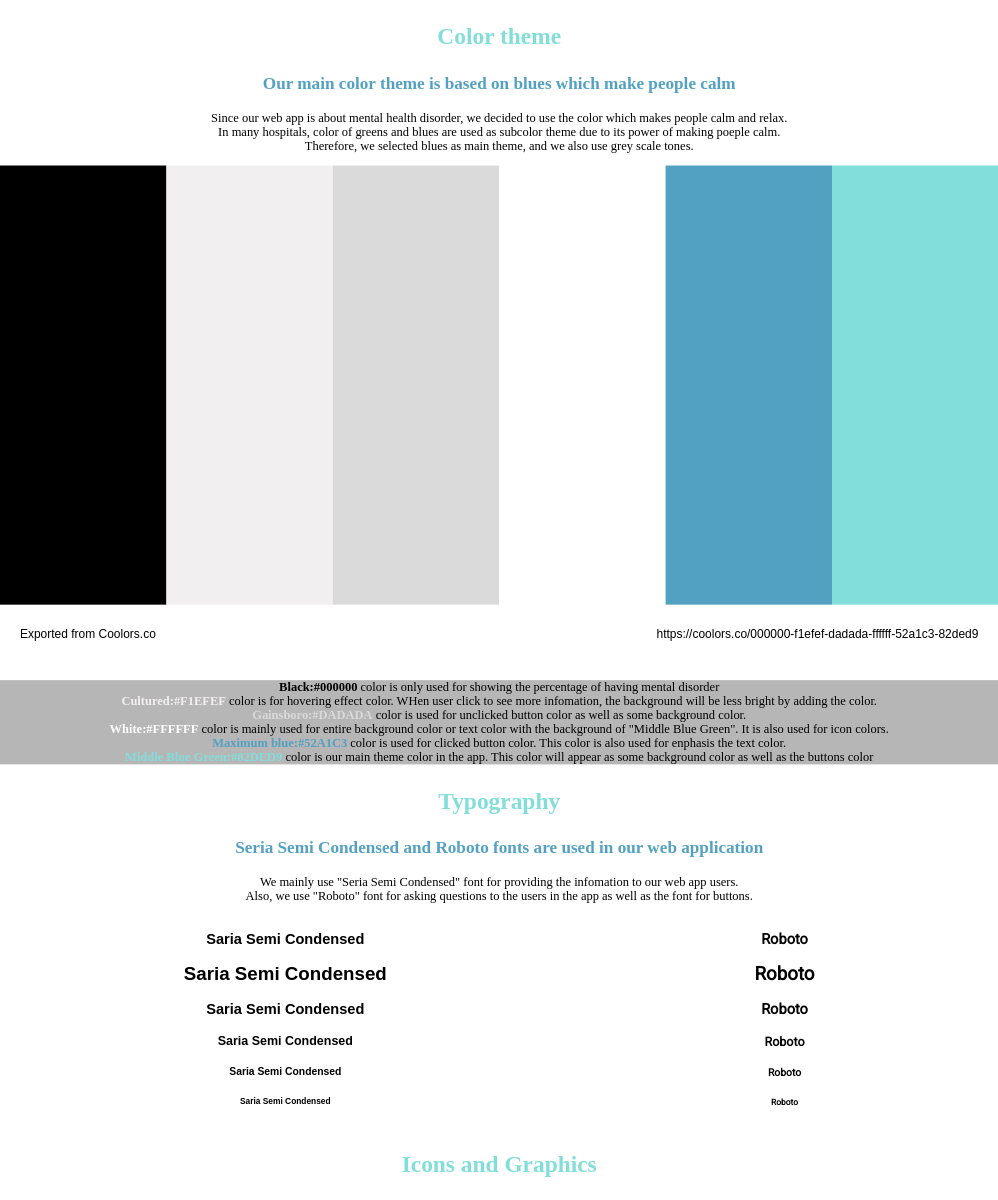
Repository: zzs1/style-guide
Page: style guide/Chisaki_styleGuide_part2/index.html
The author's editor kept a copy of each file at every save. The page is drawn from the files as they stood at one save, then again after a run of saves.
The browser window is 1280 px wide. The pictures show the whole page, at 78% of full size.
Some web fonts or font styles are not loaded; a fallback is used.

Above is the page before, as saved 2021-03-21 12:18:53.

### style guide/Chisaki_styleGuide_part2/index.html
<!DOCTYPE html>
<html lang="en">
<head>
  <meta charset="UTF-8">
  <meta name="viewport" content="width=device-width, initial-scale=1.0">
  <title>Style guide - Colour Palette & Typography, Imagery, Graphics -</title>
  <link href ="style.css" rel="stylesheet" />
  <link href="https://fonts.googleapis.com/css2?family=Saira+Semi+Condensed:wght@500&display=swap" rel="stylesheet">
  <link href="https://fonts.googleapis.com/css2?family=Roboto&display=swap" rel="stylesheet">
</head>
<body>
  <div id="main">
    <article>
      <!--Color theme section starts-->
      <section>
        <h1 class="title">Color theme</h1>
        <h3 class="subtitle">Our main color theme is based on blues which make people calm</h3>
        <p>
          Since our web app is about mental health disorder, we decided to use the color which makes people calm and relax.<br>
          In many hospitals, color of greens and blues are used as subcolor theme due to its power of making poeple calm.<br>
          Therefore, we selected blues as main theme, and we also use grey scale tones.
        </p>
        <div id="colorbox">
          <img src="palette.svg" alt="color pallette">
          <p style="background-color: rgb(183, 182, 182); ">
            <strong style="color:#000000;">Black:#000000</strong> color is only used for showing the percentage of having mental disorder<br>
            <strong style="color:#F1EFEF;">Cultured:#F1EFEF</strong> color is for hovering effect color. WHen user click to see more infomation, the background will be less bright by adding the color.<br>
            <strong style="color:#DADADA;">Gainsboro:#DADADA</strong> color is used for unclicked button color as well as some background color.<br>
            <strong style="color:#FFFFFF;">White:#FFFFFF</strong> color is mainly used for entire background color or text color with the background of "Middle Blue Green". It is also used for icon colors.<br>
            <strong style="color:#52A1C3;">Maximum blue:#52A1C3</strong> color is used for clicked button color. This color is also used for enphasis the text color.<br>
            <strong style="color:#82DED9;">Middle Blue Green:#82DED9</strong> color is our main theme color in the app. This color will appear as some background color as well as the buttons color<br>
          </p>
        </div>
      </section>

      <!--typography section starts-->
      <section id="typo">
        <h1 class="title">Typography</h1>
        <h3 class="subtitle">
          Seria Semi Condensed and Roboto fonts are used in our web application
        </h3>
        <p>
          We mainly use "Seria Semi Condensed" font for providing the infomation to our web app users.<br>
          Also, we use "Roboto" font for asking questions to the users in the app as well as the font for buttons.<br>
        </p>
        <div id="typobox">
          <div id="saria">
            <h1>Saria Semi Condensed</h1>
            <h2>Saria Semi Condensed</h2>
            <h3>Saria Semi Condensed</h3>
            <h4>Saria Semi Condensed</h4>
            <h5>Saria Semi Condensed</h5>
            <h6>Saria Semi Condensed</h6>
          </div>
          <div id="roboto">
            <h1>Roboto</h1>
            <h2>Roboto</h2>
            <h3>Roboto</h3>
            <h4>Roboto</h4>
            <h5>Roboto</h5>
            <h6>Roboto</h6>
          </div>
      </div>
      </section>

      <!--icon section starts-->
      <section>
        <h1 class="title">Icons and Graphics</h1>
        <h3 class="subtitle"></h3>
        <p></p>
        <div id="iconbox">

        </div>
        <div id="graphicbox">

        </div>
      </section>
  </article>
  </div>
</body>
</html>

### style guide/Chisaki_styleGuide_part2/style.css
body, html{
  margin:0;
  text-align:center;
}
.title{
  font-size:30px;
  color:#82DED9;
}
.subtitle{
  font-size:22px;
  color:#52A1C3;
}

#typobox{
  display:flex;

}
#saria {
  font-family: 'Saira Semi Condensed', sans-serif;
  flex-grow: 1;

}
#roboto {
  font-family: 'Roboto', sans-serif;
  flex-grow: 1;
}

After the next 5 saves:
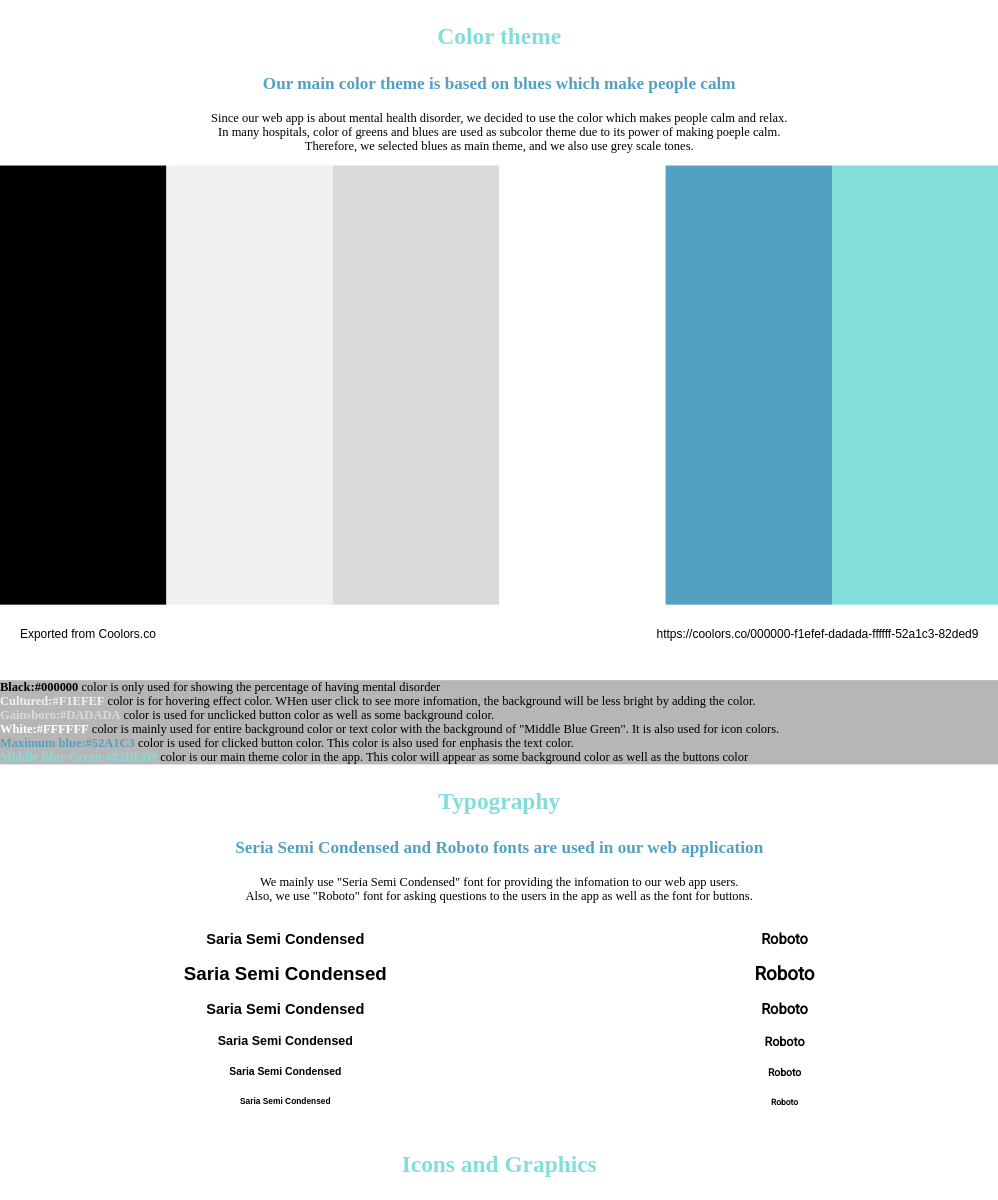
The 5 saves are shown as one change because they came seconds apart.
The last was saved 12 s later.
--- a/style guide/Chisaki_styleGuide_part2/index.html
+++ b/style guide/Chisaki_styleGuide_part2/index.html
@@ -22,7 +22,7 @@
         </p>
         <div id="colorbox">
           <img src="palette.svg" alt="color pallette">
-          <p style="background-color: rgb(183, 182, 182); ">
+          <p style="background-color: rgb(183, 182, 182); text-align: left;">
             <strong style="color:#000000;">Black:#000000</strong> color is only used for showing the percentage of having mental disorder<br>
             <strong style="color:#F1EFEF;">Cultured:#F1EFEF</strong> color is for hovering effect color. WHen user click to see more infomation, the background will be less bright by adding the color.<br>
             <strong style="color:#DADADA;">Gainsboro:#DADADA</strong> color is used for unclicked button color as well as some background color.<br>
